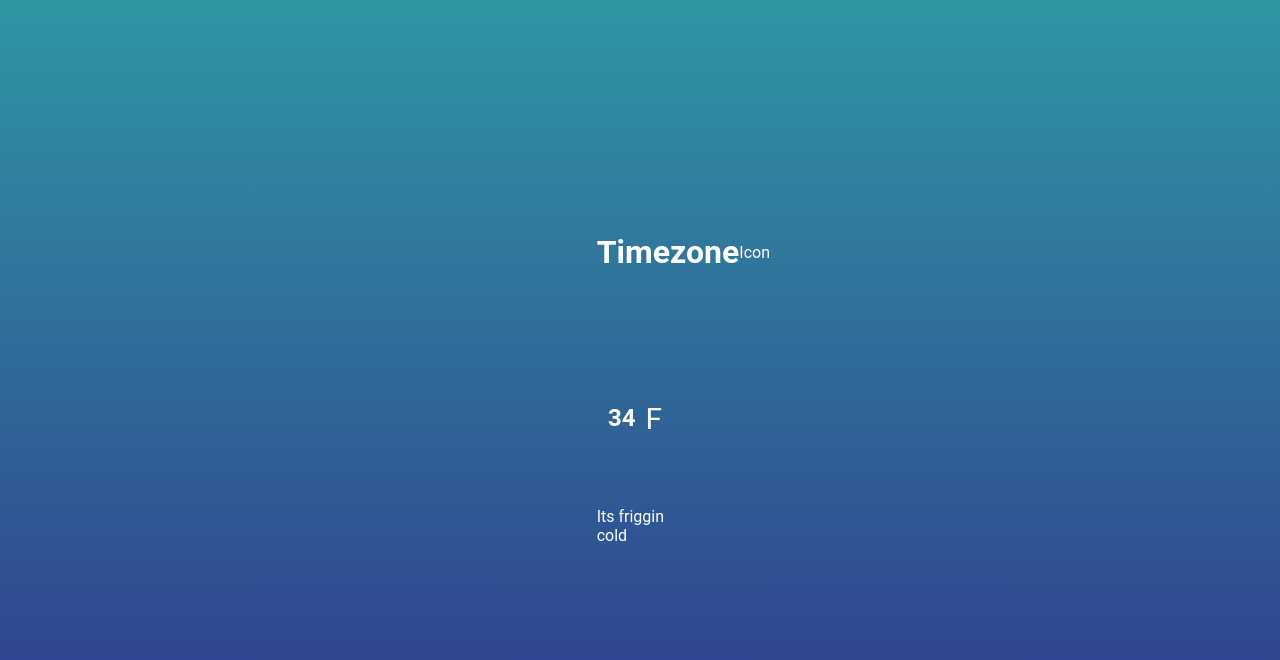
Repository: BaczkiewiczDawid/weatherApp
Page: index.html
An editor plug-in stored every save of this project. The page is shown before and after a run of saves, followed by the edit.
The browser window is 1280 px wide. The pictures show the whole page.

Above is the page before, as saved 2020-02-22 19:22:05.

### index.html
<!DOCTYPE html>
<head>
    <link rel="stylesheet" href="style.css">
    <link href="https://fonts.googleapis.com/css?family=Montserrat:300,400,500,700,900&display=swap" rel="stylesheet">
    <meta name="viewport" content="width=device-width, initial-scale=1.0">
    <meta charset="UTF-8">
</head>
<body>
    <div class="location">
        <h1 class="location-timezone">Timezone</h1>
        <p>Icon</p>
    </div>
    <div class="temperature">
        <div class="degree-section">
            <h2 class="temperature-degree">34</h2>
            <span>F</span>
        </div>
        <div class="temperature-description">Its friggin cold</div>
    </div>
    <script src="app.js"></script>
</body>

### style.css
* {
    margin: 0;
    padding: 0;
    box-sizing: border-box;
}
body, html {
    font-family: 'Roboto', sans-serif;
    height: 100vh;
    display: flex;
    justify-content: center;
    align-items: center;
    flex-direction: column;
    color: white;
    background: linear-gradient(rgb(47,150,163), rgb(48,62,143));
}
.location, .temperature {
    height: 30vh;
    width: 50%;
    display: flex;
    justify-content: space-around;
    align-items: center;
}
.temperature {
    flex-direction: column;
}
.degree-section {
    display: flex;
    align-items: center;
}
.degree-section span {
    margin: 10px;
    font-size: 30px;
}

Loaded but not shown: app.js (no stored copy; drawn as an empty file)

After the next 2 saves:
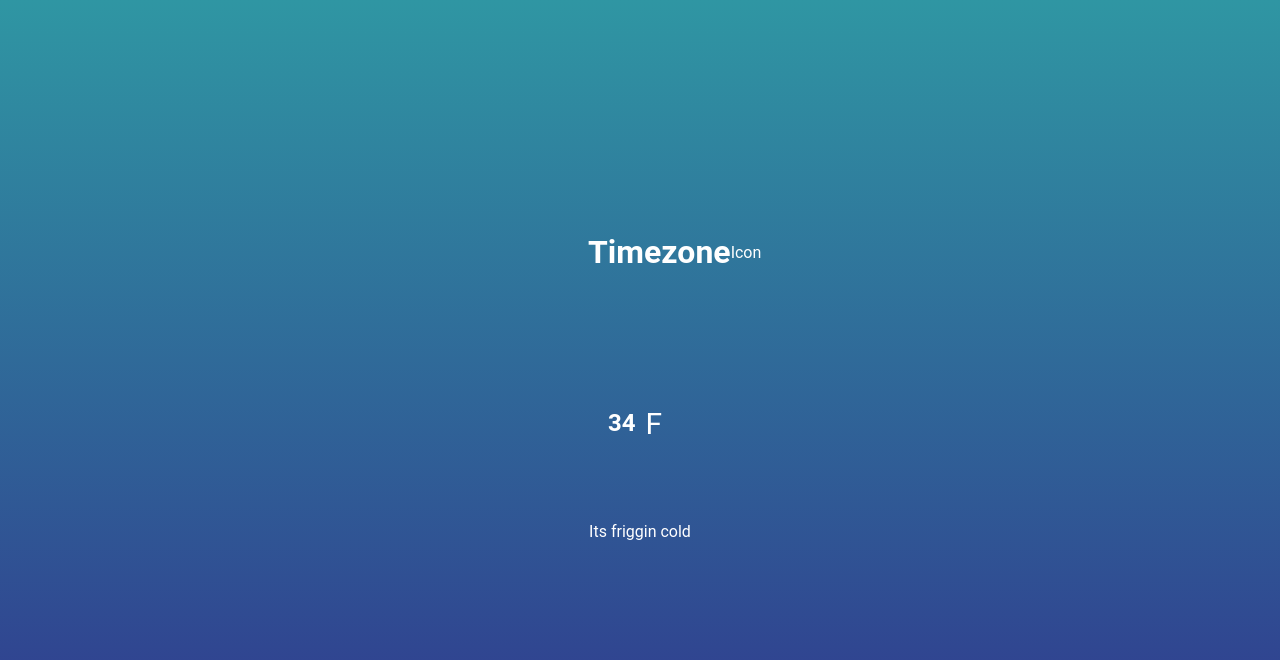
The 2 saves are shown as one change because they came seconds apart.
The last was saved 13 s later.
--- a/style.css
+++ b/style.css
@@ -15,7 +15,7 @@ body, html {
 }
 .location, .temperature {
     height: 30vh;
-    width: 50%;
+    width: 60%;
     display: flex;
     justify-content: space-around;
     align-items: center;
